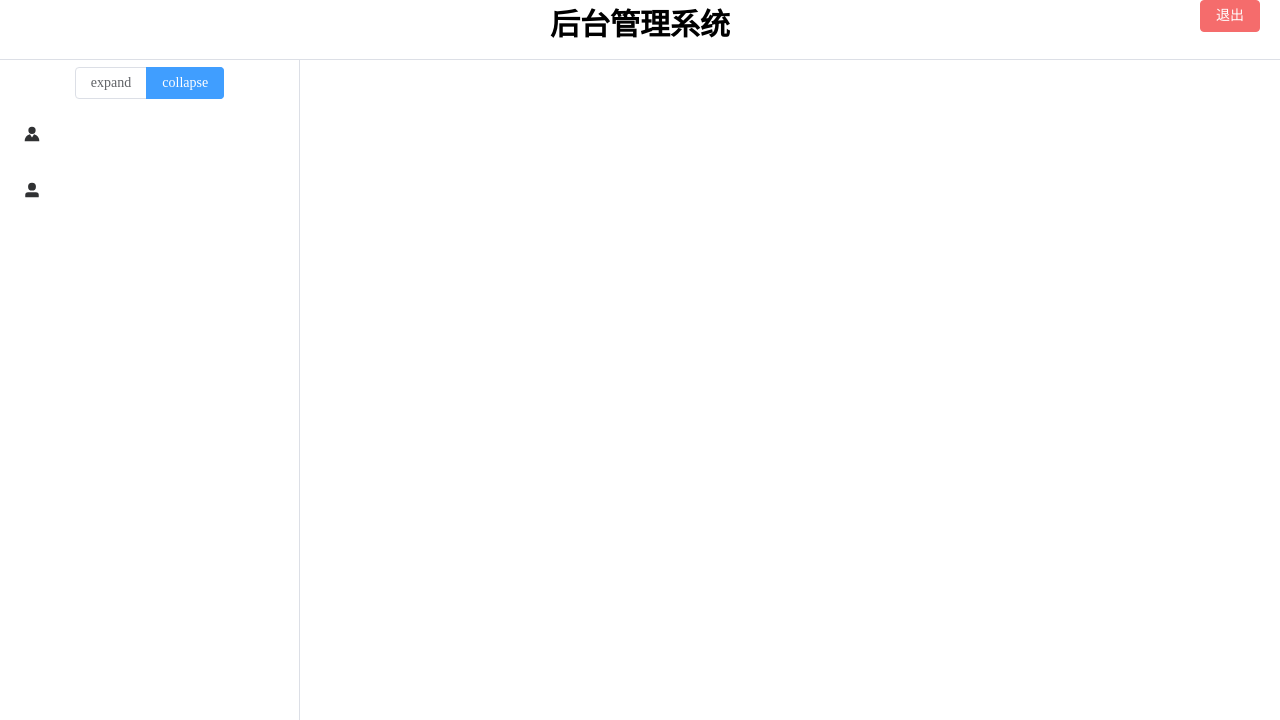
Repository: LdoIt/backstage-management-system
Page: /#/home (app in backstage-management-system-vue3/)
The author's editor kept a copy of each file at every save. The page is drawn from the files as they stood at one save, then again after the next save.
The browser window is 1280 px wide. The pictures show the whole page.
The project was rebuilt for these pictures with package versions that can differ from the ones it lists, and the page was loaded fresh each time. Also part of the build but not shown: backstage-management-system-vue3/vue.config.js.

Above is the page before, as saved 2023-04-23 14:04:48.
Console error: TypeError: Cannot read properties of undefined (reading 'state')

After the next save:
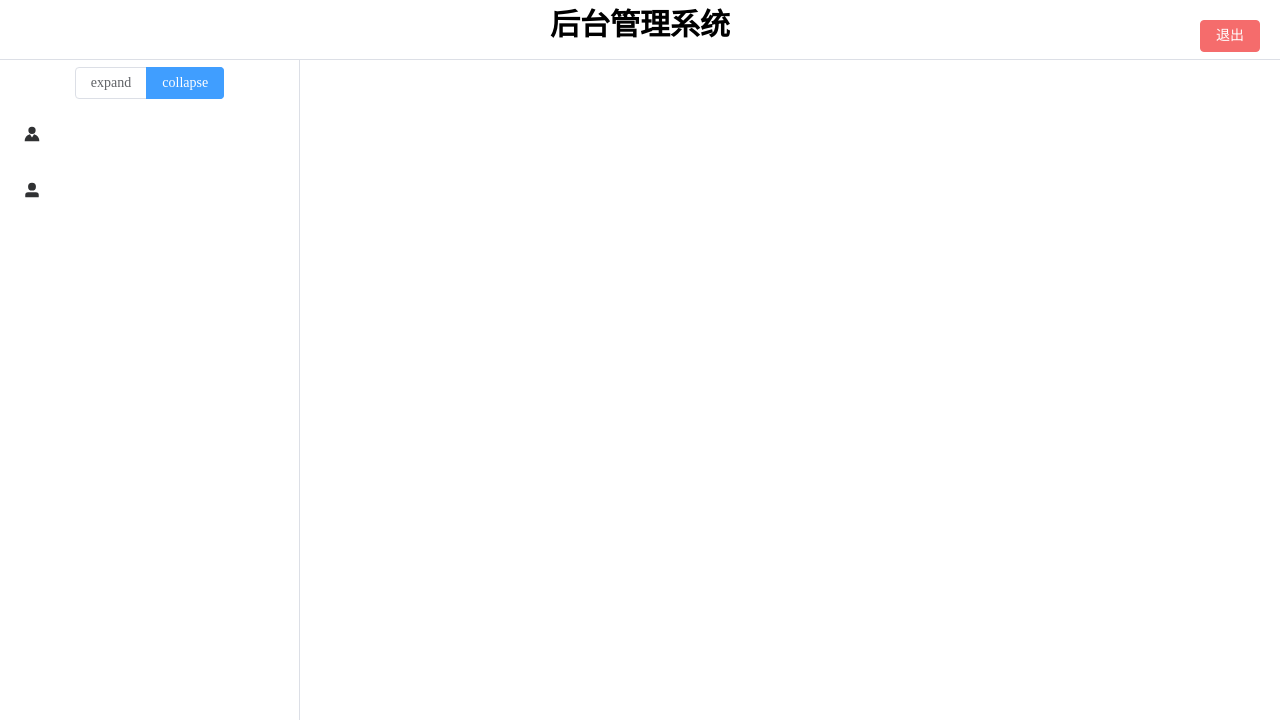
Saved 25 s later.
--- a/backstage-management-system-vue3/src/pages/Home.vue
+++ b/backstage-management-system-vue3/src/pages/Home.vue
@@ -71,6 +71,7 @@ onMounted( () => {
       }
       .logout {
         float: right;
+        margin: 20px 0;
       }
     }
     .el-container {
